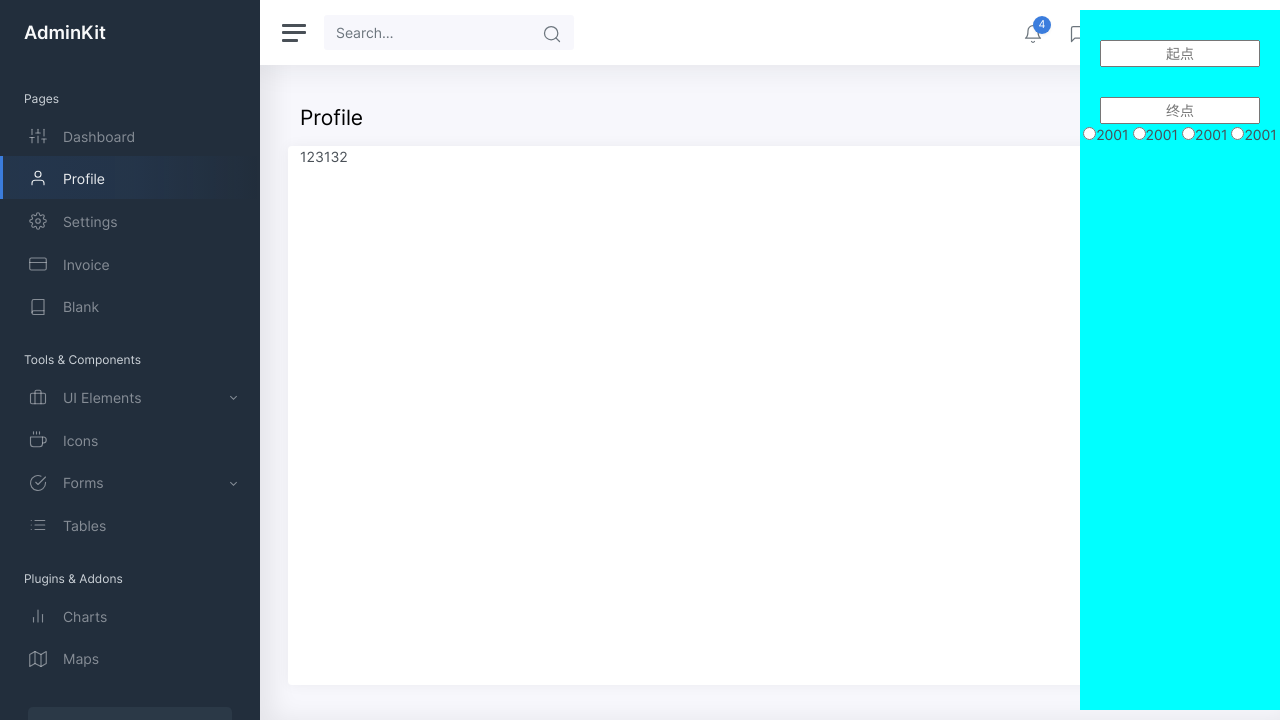
Repository: yuwei0922/WHURS-WGIS
Page: final_project/pages-profile.html
These files come from the project's save history. The page is drawn as it stood at one moment and after the next save; the edit follows.
The browser window is 1280 px wide. The pictures show the whole page.

Above is the page before, as saved 2022-12-21 20:58:35.
Not found: final_project/js/vendor.js

### final_project/pages-profile.html
<!DOCTYPE html>
<html lang="en">

<head>
	<meta charset="utf-8">
	<meta http-equiv="X-UA-Compatible" content="IE=edge">
	<meta name="viewport" content="width=device-width, initial-scale=1, shrink-to-fit=no">
	<meta name="description" content="Responsive Web UI Kit &amp; Dashboard Template based on Bootstrap">
	<meta name="author" content="AdminKit">
	<meta name="keywords" content="adminkit, bootstrap, web ui kit, dashboard template, admin template">
	<link rel="shortcut icon" href="img/icons/icon-48x48.png" />
	<title>Profile</title>
	<link href="css/app.css" rel="stylesheet">
	<link rel="stylesheet" href="css/content.css">
</head>

<body>
	<div class="wrapper" style="position: relative;">
		<nav id="sidebar" class="sidebar">
			<div class="sidebar-content js-simplebar">
				<a class="sidebar-brand" href="index.html">
          <span class="align-middle">AdminKit</span>
        </a>

				<ul class="sidebar-nav">
					<li class="sidebar-header">
						Pages
					</li>

					<li class="sidebar-item">
						<a class="sidebar-link" href="index.html">
              <i class="align-middle" data-feather="sliders"></i> <span class="align-middle">Dashboard</span>
            </a>
					</li>

					<li class="sidebar-item active">
						<a class="sidebar-link" href="pages-profile.html">
              <i class="align-middle" data-feather="user"></i> <span class="align-middle">Profile</span>
            </a>
					</li>

					<li class="sidebar-item">
						<a class="sidebar-link" href="pages-settings.html">
              <i class="align-middle" data-feather="settings"></i> <span class="align-middle">Settings</span>
            </a>
					</li>

					<li class="sidebar-item">
						<a class="sidebar-link" href="pages-invoice.html">
              <i class="align-middle" data-feather="credit-card"></i> <span class="align-middle">Invoice</span>
            </a>
					</li>

					<li class="sidebar-item">
						<a class="sidebar-link" href="pages-blank.html">
              <i class="align-middle" data-feather="book"></i> <span class="align-middle">Blank</span>
            </a>
					</li>

					<li class="sidebar-header">
						Tools & Components
					</li>
					<li class="sidebar-item">
						<a href="#ui" data-toggle="collapse" class="sidebar-link collapsed">
              <i class="align-middle" data-feather="briefcase"></i> <span class="align-middle">UI Elements</span>
            </a>
						<ul id="ui" class="sidebar-dropdown list-unstyled collapse " data-parent="#sidebar">
							<li class="sidebar-item"><a class="sidebar-link" href="ui-alerts.html">Alerts</a></li>
							<li class="sidebar-item"><a class="sidebar-link" href="ui-buttons.html">Buttons</a></li>
							<li class="sidebar-item"><a class="sidebar-link" href="ui-cards.html">Cards</a></li>
							<li class="sidebar-item"><a class="sidebar-link" href="ui-general.html">General</a></li>
							<li class="sidebar-item"><a class="sidebar-link" href="ui-grid.html">Grid</a></li>
							<li class="sidebar-item"><a class="sidebar-link" href="ui-modals.html">Modals</a></li>
							<li class="sidebar-item"><a class="sidebar-link" href="ui-typography.html">Typography</a></li>
						</ul>
					</li>

					<li class="sidebar-item">
						<a class="sidebar-link" href="icons-feather.html">
              <i class="align-middle" data-feather="coffee"></i> <span class="align-middle">Icons</span>
            </a>
					</li>

					<li class="sidebar-item">
						<a href="#forms" data-toggle="collapse" class="sidebar-link collapsed">
              <i class="align-middle" data-feather="check-circle"></i> <span class="align-middle">Forms</span>
            </a>
						<ul id="forms" class="sidebar-dropdown list-unstyled collapse " data-parent="#sidebar">
							<li class="sidebar-item"><a class="sidebar-link" href="forms-layouts.html">Form Layouts</a></li>
							<li class="sidebar-item"><a class="sidebar-link" href="forms-basic-inputs.html">Basic Inputs</a></li>
						</ul>
					</li>

					<li class="sidebar-item">
						<a class="sidebar-link" href="tables-bootstrap.html">
              <i class="align-middle" data-feather="list"></i> <span class="align-middle">Tables</span>
            </a>
					</li>

					<li class="sidebar-header">
						Plugins & Addons
					</li>

					<li class="sidebar-item">
						<a class="sidebar-link" href="charts-chartjs.html">
              <i class="align-middle" data-feather="bar-chart-2"></i> <span class="align-middle">Charts</span>
            </a>
					</li>

					<li class="sidebar-item">
						<a class="sidebar-link" href="maps-google.html">
              <i class="align-middle" data-feather="map"></i> <span class="align-middle">Maps</span>
            </a>
					</li>
				</ul>

				<div class="sidebar-cta">
					<div class="sidebar-cta-content">
						<strong class="d-inline-block mb-2">Upgrade to Pro</strong>
						<div class="mb-3 text-sm">
							Are you looking for more components?
						</div>
						<a href="#" target="_blank" class="btn btn-outline-primary btn-block">Upgrade</a>
					</div>
				</div>
			</div>
		</nav>
		<div class="main">
			<nav class="navbar navbar-expand navbar-light navbar-bg">
				<a class="sidebar-toggle d-flex">
          <i class="hamburger align-self-center"></i>
        </a>

				<form class="form-inline d-none d-sm-inline-block">
					<div class="input-group input-group-navbar">
						<input type="text" class="form-control" placeholder="Search…" aria-label="Search">
						<div class="input-group-append">
							<button class="btn" type="button">
                <i class="align-middle" data-feather="search"></i>
              </button>
						</div>
					</div>
				</form>

				<div class="navbar-collapse collapse">
					<ul class="navbar-nav navbar-align">
						<li class="nav-item dropdown">
							<a class="nav-icon dropdown-toggle" href="#" id="alertsDropdown" data-toggle="dropdown">
								<div class="position-relative">
									<i class="align-middle" data-feather="bell"></i>
									<span class="indicator">4</span>
								</div>
							</a>
							<div class="dropdown-menu dropdown-menu-lg dropdown-menu-right py-0" aria-labelledby="alertsDropdown">
								<div class="dropdown-menu-header">
									4 New Notifications
								</div>
								<div class="list-group">
									<a href="#" class="list-group-item">
										<div class="row no-gutters align-items-center">
											<div class="col-2">
												<i class="text-danger" data-feather="alert-circle"></i>
											</div>
											<div class="col-10">
												<div class="text-dark">Update completed</div>
												<div class="text-muted small mt-1">Restart server 12 to complete the update.</div>
												<div class="text-muted small mt-1">30m ago</div>
											</div>
										</div>
									</a>
									<a href="#" class="list-group-item">
										<div class="row no-gutters align-items-center">
											<div class="col-2">
												<i class="text-warning" data-feather="bell"></i>
											</div>
											<div class="col-10">
												<div class="text-dark">Lorem ipsum</div>
												<div class="text-muted small mt-1">Aliquam ex eros, imperdiet vulputate hendrerit et.</div>
												<div class="text-muted small mt-1">2h ago</div>
											</div>
										</div>
									</a>
									<a href="#" class="list-group-item">
										<div class="row no-gutters align-items-center">
											<div class="col-2">
												<i class="text-primary" data-feather="home"></i>
											</div>
											<div class="col-10">
												<div class="text-dark">Login from 192.186.1.8</div>
												<div class="text-muted small mt-1">5h ago</div>
											</div>
										</div>
									</a>
									<a href="#" class="list-group-item">
										<div class="row no-gutters align-items-center">
											<div class="col-2">
												<i class="text-success" data-feather="user-plus"></i>
											</div>
											<div class="col-10">
												<div class="text-dark">New connection</div>
												<div class="text-muted small mt-1">Christina accepted your request.</div>
												<div class="text-muted small mt-1">14h ago</div>
											</div>
										</div>
									</a>
								</div>
								<div class="dropdown-menu-footer">
									<a href="#" class="text-muted">Show all notifications</a>
								</div>
							</div>
						</li>
						<li class="nav-item dropdown">
							<a class="nav-icon dropdown-toggle" href="#" id="messagesDropdown" data-toggle="dropdown">
								<div class="position-relative">
									<i class="align-middle" data-feather="message-square"></i>
								</div>
							</a>
							<div class="dropdown-menu dropdown-menu-lg dropdown-menu-right py-0" aria-labelledby="messagesDropdown">
								<div class="dropdown-menu-header">
									<div class="position-relative">
										4 New Messages
									</div>
								</div>
								<div class="list-group">
									<a href="#" class="list-group-item">
										<div class="row no-gutters align-items-center">
											<div class="col-2">
												<img src="img/avatars/avatar-5.jpg" class="avatar img-fluid rounded-circle" alt="Vanessa Tucker">
											</div>
											<div class="col-10 pl-2">
												<div class="text-dark">Vanessa Tucker</div>
												<div class="text-muted small mt-1">Nam pretium turpis et arcu. Duis arcu tortor.</div>
												<div class="text-muted small mt-1">15m ago</div>
											</div>
										</div>
									</a>
									<a href="#" class="list-group-item">
										<div class="row no-gutters align-items-center">
											<div class="col-2">
												<img src="img/avatars/avatar-2.jpg" class="avatar img-fluid rounded-circle" alt="William Harris">
											</div>
											<div class="col-10 pl-2">
												<div class="text-dark">William Harris</div>
												<div class="text-muted small mt-1">Curabitur ligula sapien euismod vitae.</div>
												<div class="text-muted small mt-1">2h ago</div>
											</div>
										</div>
									</a>
									<a href="#" class="list-group-item">
										<div class="row no-gutters align-items-center">
											<div class="col-2">
												<img src="img/avatars/avatar-4.jpg" class="avatar img-fluid rounded-circle" alt="Christina Mason">
											</div>
											<div class="col-10 pl-2">
												<div class="text-dark">Christina Mason</div>
												<div class="text-muted small mt-1">Pellentesque auctor neque nec urna.</div>
												<div class="text-muted small mt-1">4h ago</div>
											</div>
										</div>
									</a>
									<a href="#" class="list-group-item">
										<div class="row no-gutters align-items-center">
											<div class="col-2">
												<img src="img/avatars/avatar-3.jpg" class="avatar img-fluid rounded-circle" alt="Sharon Lessman">
											</div>
											<div class="col-10 pl-2">
												<div class="text-dark">Sharon Lessman</div>
												<div class="text-muted small mt-1">Aenean tellus metus, bibendum sed, posuere ac, mattis non.</div>
												<div class="text-muted small mt-1">5h ago</div>
											</div>
										</div>
									</a>
								</div>
								<div class="dropdown-menu-footer">
									<a href="#" class="text-muted">Show all messages</a>
								</div>
							</div>
						</li>
						<li class="nav-item dropdown">
							<a class="nav-icon dropdown-toggle d-inline-block d-sm-none" href="#" data-toggle="dropdown">
                <i class="align-middle" data-feather="settings"></i>
              </a>

							<a class="nav-link dropdown-toggle d-none d-sm-inline-block" href="#" data-toggle="dropdown">
                <img src="img/avatars/avatar.jpg" class="avatar img-fluid rounded mr-1" alt="Charles Hall" /> <span class="text-dark">Charles Hall</span>
              </a>
							<div class="dropdown-menu dropdown-menu-right">
								<a class="dropdown-item" href="pages-profile.html"><i class="align-middle mr-1" data-feather="user"></i> Profile</a>
								<a class="dropdown-item" href="#"><i class="align-middle mr-1" data-feather="pie-chart"></i> Analytics</a>
								<div class="dropdown-divider"></div>
								<a class="dropdown-item" href="pages-settings.html"><i class="align-middle mr-1" data-feather="settings"></i> Settings & Privacy</a>
								<a class="dropdown-item" href="#"><i class="align-middle mr-1" data-feather="help-circle"></i> Help Center</a>
								<div class="dropdown-divider"></div>
								<a class="dropdown-item" href="#">Log out</a>
							</div>
						</li>
					</ul>
				</div>
			</nav>
			<main class="content">
				<div class="container-fluid p-0 map-background">
					<h1 class="h3 mb-3">Profile</h1>
					<div class="row map-background">
						<div class="card col-12 mapcontent">123132</div>
					</div>
				</div>
			</main>
		</div>
	<div class="select-contronller">
		<form action="">
		<input type="text" placeholder="起点" name="ori" class="input-ori">
		<input type="text" placeholder="终点" name="des" class="input-des">
		<br>
		<input type="radio" name="year" id="year" value="2001">2001
		<input type="radio" name="year" id="year" value="2001">2001
		<input type="radio" name="year" id="year" value="2001">2001
		<input type="radio" name="year" id="year" value="2001">2001
		</form>
	</div>
	</div>
	<script src="js/vendor.js"></script>
	<script src="js/app.js"></script>
</body>

</html>

### final_project/css/content.css
.map-background{
    height:100%;
}

.mapcontent{
    height: 90%;
}

.select-contronller{
    position: absolute;
    height: 700px;
    top: 50%;
    right: 0;
    transform: translateY(-50%);
    background-color:aqua ;
    text-align: center;
    width: 200px;
}

.input-ori{
    margin-top: 30px;
    width: 80%;
    text-align: center;
}

.input-des{
    margin-top: 30px;
    width: 80%;
    text-align: center;
}

Loaded but not shown: final_project/css/app.css (library); final_project/js/app.js (library)

After the next save:
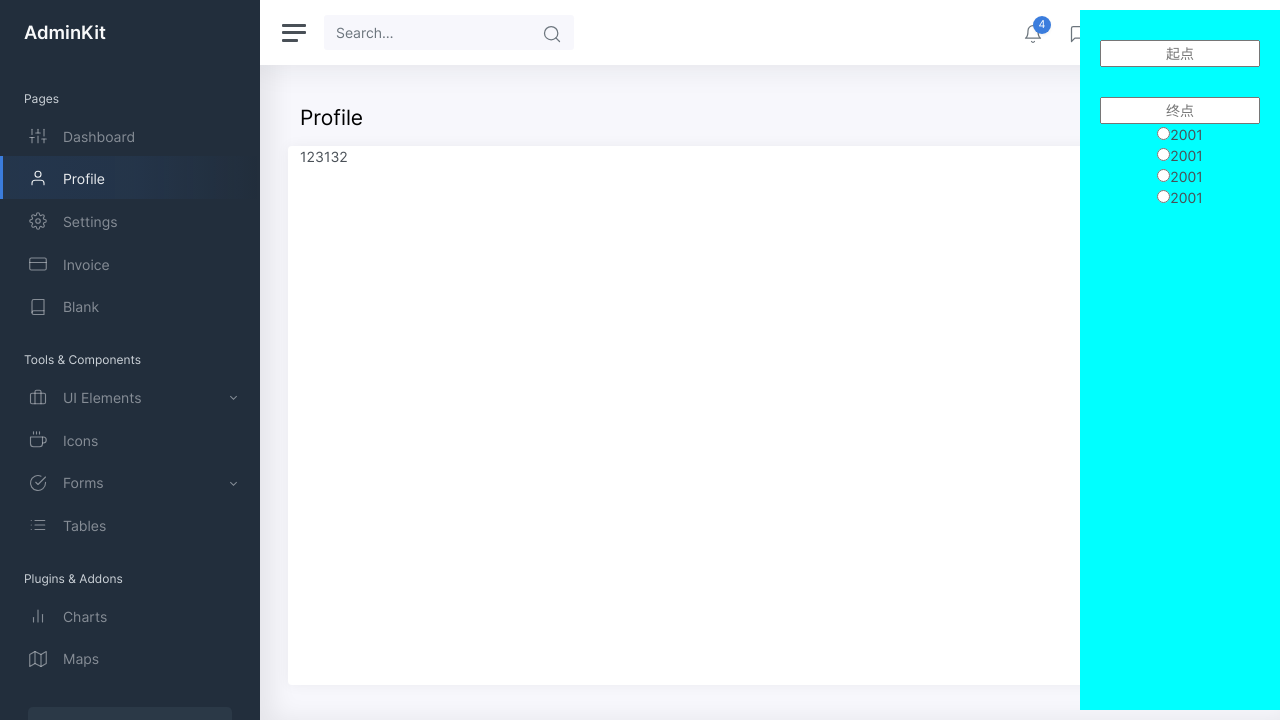
Saved 25 s later.
--- a/final_project/pages-profile.html
+++ b/final_project/pages-profile.html
@@ -312,8 +312,11 @@
 		<input type="text" placeholder="终点" name="des" class="input-des">
 		<br>
 		<input type="radio" name="year" id="year" value="2001">2001
+		<br>
 		<input type="radio" name="year" id="year" value="2001">2001
+		<br>
 		<input type="radio" name="year" id="year" value="2001">2001
+		<br>
 		<input type="radio" name="year" id="year" value="2001">2001
 		</form>
 	</div>
